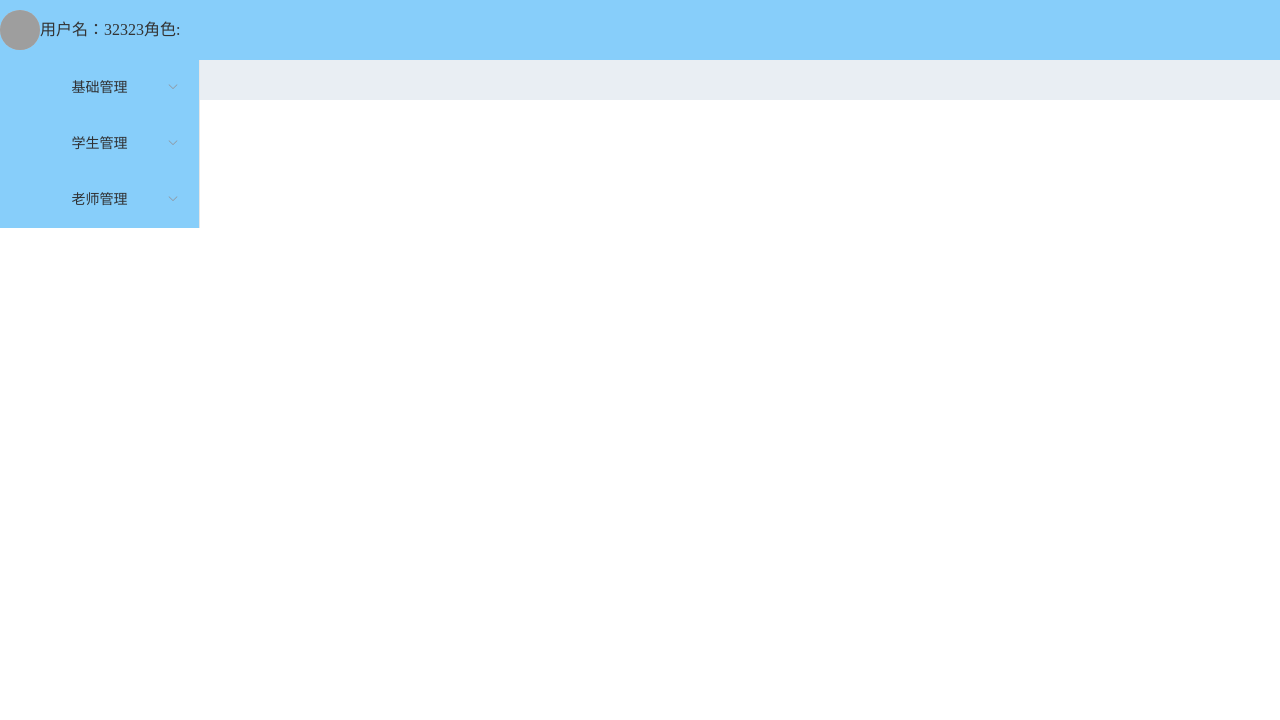
Repository: lwm9704/school-front
Page: /#/home
An editor plug-in stored every save of this project. The page is shown before and after the next save, followed by the edit.
The browser window is 1280 px wide. The pictures show the whole page.
Pictures or frames that could not be fetched are drawn as grey boxes. The project was rebuilt for these pictures with package versions that can differ from the ones it lists, and the page was loaded fresh each time. Also part of the build but not shown: src/view/login.vue.

Above is the page before, as saved 2021-11-15 16:44:05.

### src/main.js
// The Vue build version to load with the `import` command
// (runtime-only or standalone) has been set in webpack.base.conf with an alias.
import Vue from 'vue'
import App from './App'
import router from './router'
import ElementUI from 'element-ui'
import 'element-ui/lib/theme-chalk/index.css'
import Vuex from 'vuex'
import './assets/css/global.css'

Vue.config.productionTip = false
Vue.use(ElementUI)
Vue.use(Vuex)

/* eslint-disable no-new */
new Vue({
  el: '#app',
  router,
  components: { App },
  template: '<App/>'
})

### src/router/index.js

import Vue from 'vue'
import Router from 'vue-router'
import Login from '@/view/login'
import Home from '../view/home'


Vue.use(Router)

export default new Router({
  routes: [
    {
      path: '/',
      redirect: '/login',
    },
    {
      path: '/login',
      name: 'login',
      component: Login
    },
    {
      path: '/home',
      name: 'home',
      component: Home,
      children: [
        {
          path: '/user',
          name: 'user',
          component: () => import('@/view/user')
        },
        {
          path: '/code',
          name: 'code',
          component: () => import('@/view/code')
        },
        {
          path: '/course',
          name: 'course',
          component: () => import('@/view/course')
        },
        {
          path: '/grade',
          name: 'grade',
          component: () => import('@/view/grade')
        },
        {
          path: '/lecture',
          name: 'lecture',
          component: () => import('@/view/lecture')
        },
        {
          path: '/member',
          name: 'member',
          component: () => import('@/view/member')
        },
        {
          path: '/score',
          name: 'score',
          component: () => import('@/view/score')
        },
        {
          path: '/teaching',
          name: 'teaching',
          component: () => import('@/view/teaching')
        }
      ]
    },

  ]
})

### src/assets/css/global.css
html,body,#app,.el-container{
  /*设置内部填充为0，几个布局元素之间没有间距*/
  padding: 0px;
  /*外部间距也是如此设置*/
  margin: 0px;
  /*统一设置高度为100%*/
  height: 100%;
  }

### src/view/home.vue
<template>
  <div class="home">
    <el-container class="top">
      <el-header>
        <div class="header">
          <myHeader></myHeader>
        </div>
      </el-header>
      <el-container class="main">
        <el-aside width="200px" class="Aside">
          <leftMenu></leftMenu>
        </el-aside>
        <el-container>
          <el-main>
            <router-view></router-view>
          </el-main>
        </el-container>
      </el-container>
    </el-container>
  </div>
</template>
<script>
import req from "../js/home";
import leftMenu from "../components/leftMenu";
import myHeader from "../components/myHeader";
export default {
  components: {
    leftMenu,
    myHeader,
  },

  methods: {
    // handlerSelect(key, path) {
    //   console.log(key, path);
    //   // console.log(this.$route.path)
    //   if (path !== this.$route.path) {
    //     this.$router.replace({ path: path});
    //     // this.$router.push({path: key, query: {}})
    //   }
    //   // this.$router.push({name: key, params: {}})
    //   console.log(key);
    //   console.log(path);
    // },
    //侧边栏的方法
    handleOpen(key, keyPath) {
      console.log(key, keyPath);
    },
    handleClose(key, keyPath) {
      console.log(key, keyPath);
    },
  },
  mounted() {},
};
</script>
<style lang="scss" scoped>
.el-header {
  background-color: #87cefa;
  color: #333;
  text-align: center;
  line-height: 60px;
  padding: 0;
}

.el-aside {
  background-color: #87cefa;
  color: #333;
  text-align: center;
  line-height: 200px;
}

.el-main {
  background-color: #e9eef3;
  color: #333;
  text-align: center;
  line-height: 160px;
}

body > .el-container {
  margin-bottom: 40px;
}
</style>

### src/js/home.js
import req from "../fect/rquestConfig";

const config = {
    getUserInfo: {
        url: '/user/selectOfCondition',
        method: 'get'
    },
}
const request = function (funcName, requestParam) {
    return req(config[funcName].url, config[funcName].method, requestParam, {}, config[funcName].fileConfig)
}
export default request

### src/components/leftMenu.vue
<template>
  <div>
    <el-menu
      class="el-menu-vertical-demo"
      :default-active="this.$router.path"
      router
      background-color="#87CEFA"
      @open="handleOpen"
      @close="handleClose"
    >
      <el-submenu
        v-for="(item, index) in menuList"
        :index="index + ''"
        :key="item.labe"
      >
        <template slot="title">{{ item.labe }}</template>
        <div v-if="item.children">
          <el-menu-item
            v-for="items in item.children"
            :index="items.path"
            :key="items.path"
          >
            <template slot="title">
              {{ items.labe }}
            </template>
          </el-menu-item>
        </div>
      </el-submenu>
    </el-menu>
  </div>
</template>

<script>
// import router from 'vue-router'
export default {
  name: "leftMenu",
  props: [],
  data() {
    return {
      menuList: [
        {
          index: "1",
          labe: "基础管理",
          children: [
            {
              index: "1 - 1",
              labe: "编码管理",
              path: "/code",
            },
            {
              index: "1 - 2",
              labe: "用户管理",
              path: "/user",
            },
            {
              index: "1 - 3",
              labe: "班级管理",
              path: "/grade",
            },
            {
              index: "1 - 4",
              labe: "课程管理",
              path: "/course",
            },
          ],
        },
        {
          index: "2",
          labe: "学生管理",
          children: [
            {
              index: "2 - 1",
              labe: "学生家庭成员管理",
              path: "/member",
            },
            {
              index: "2 - 2",
              labe: "考试成绩管理",
              path: "/score",
            },
          ],
        },
        {
          index: "3",
          labe: "老师管理",
          children: [
            {
              index: "3 - 1",
              labe: "教学管理",
              path: "/teaching",
            },
            {
              index: "3 - 2",
              labe: "授课管理",
              path: "/lecture",
            },
          ],
        },
      ],
    };
  },
  methods: {
    // handlerSelect(key, path) {
    // console.log(key,path)
    // if (path !== this.$route.path) {
    //   this.$router.replace({path:'path'});
    //   // this.$router.push({path: key, query: {}})
    // }
    // // this.$router.push({name: key, params: {}})
    // console.log(key);
    // console.log(path);
    // this.$emit('select', key,path);
    // },
    handleOpen(key, keyPath) {
      console.log(key, keyPath);
    },
    handleClose(key, keyPath) {
      console.log(key, keyPath);
    },
  },
};
</script>

<!-- Add "scoped" attribute to limit CSS to this component only -->
<style scoped>
</style>

### src/components/myHeader.vue
<template>
  <div class="myHeader">
    <div class="userInfo">
      <div class="avatar">
        <el-avatar
          src="https://cube.elemecdn.com/0/88/03b0d39583f48206768a7534e55bcpng.png"
        ></el-avatar>
      </div>
      <div class="charInfo">
        <span>用户名：{{userInfo.account}}</span>
        <span>角色:{{userInfo.role}}</span>
      </div>
    </div>
  </div>
</template>
<script>
export default {
  name: "myHeader",
  props: [],
  data() {
    return {
      userInfo: {
        userId: "3232",
        account: "32323",
        role: "",
      },
    };
  },
  methods: {
    getUserInfo() {},
  },
  mounted() {
    this.getUserInfo();
  },
};
</script>
<style lang="scss" scoped>
.myHeader{
  background-color:#87CEFA;
  height: 60px;
}
.userInfo {
    display: flex;
    flex-direction: row;
    height: 60px;
    .avatar{
      padding-top: 10px;
    }
}
</style>

### src/fect/rquestConfig.js
import axios from 'axios'
import { throwErr } from './throwErr'

// const urlHead = 'http://305o99f251.wicp.vip'
const urlHead = 'http://localhost:9000'
const qs = require('qs')

/**
 *
 * @param {String} url 请求路径
 * @param {String} method 请求方法
 * @param {Object} params 请求参数
 * @param {Object} requestHeader 请求头
 * @param {Object} fileConfig ---> {type, fileName} 导出配置 ---> 导出类型, 文件名称
 */
const req = function (url, method, params, requestHeader, fileConfig = {}) {
    let instance = axios.create({
        baseURL: urlHead,
        timeout: 60000
    })

    // 添加请求拦截器
    instance.interceptors.request.use(config => {
        return config
    }, error => {
        return Promise.reject(error)
    })

    let requestConfig = {
        url: url,
        method: method,
        //将header、params、token复制到目标
        params: Object.assign({}, params, { access_token: JSON.parse(sessionStorage.getItem('userInfo')).access_token }),
        data: qs.stringify(Object.assign({}, params, { access_token: JSON.parse(sessionStorage.getItem('userInfo')).access_token })),
        headers: {},
        responseType: fileConfig.type === 'file' ? 'blob' : ''
    }

    let getReg = /get|GET/
    let postReg = /post|POST/

    let fileData = {}

    let timer = null

    // 请求类型为导出时，添加vuex状态管理，定时修改vuex对应记录，请求完成或者请求报错时，停止定时器
    if (fileConfig.type === 'file') {
        fileData = {
            fileId: new Date().getTime(),
            fileName: fileConfig.fileName,
            fileLoadTime: 0,
            fileStatus: 'downloading',
            errorInfo: '',
            fileUrl: null
        }

    }

    if (getReg.test(requestConfig.method)) {
        delete requestConfig.data
        requestConfig.headers['Content-Type'] = 'application/json'
    } else if (postReg.test(requestConfig.method)) {
        delete requestConfig.params
        requestConfig.headers['Content-Type'] = 'application/x-www-form-urlencoded'
    }

    // 添加响应拦截器
    instance.interceptors.response.use(response => {
        clearInterval(timer)
        timer = null

        if (response.status === 200) {
            if (fileConfig.type === 'file') {
                fileData.fileStatus = 'success'
                fileData.fileUrl = window.URL.createObjectURL(new Blob([response.data]))
                // store.commit('changeExportFileList', fileData)
            }

            return response.data
        } else {
            if (fileConfig.type === 'file') {
                fileData.fileStatus = 'error'
                // store.commit('changeExportFileList', fileData)
            }

            throw new Error(throwErr(response))
        }
    }, error => {
        clearInterval(timer)
        timer = null

        if (fileConfig.type === 'file') {
            fileData.fileStatus = 'error'
            // store.commit('changeExportFileList', fileData)
        }

        return Promise.reject(error)
    })

    return instance(requestConfig)
}

export default req

### src/fect/throwErr.js
// axios错误信息匹配
export const throwErr = (response) => {
    let message = '请求错误'
    switch (response.status) {
        case 400:
            message = '请求错误'
            break
        case 401:
            message = '未授权，请登录'
            break
        case 403:
            message = '拒绝访问'
            break
        case 404:
            message = `请求地址出错: ${response.config.url}`
            break
        case 408:
            message = '请求超时'
            break
        case 500:
            message = '服务器内部错误'
            break
        case 501:
            message = '服务未实现'
            break
        case 502:
            message = '网关错误'
            break
        case 503:
            message = '服务不可用'
            break
        case 504:
            message = '网关超时'
            break
        case 505:
            message = 'HTTP版本不受支持'
            break
        default:
    }
    return '错误码:' + response.status + ' ' + '错误信息:' + message
}

Loaded but not shown: index.html (common file); src/App.vue (common file)

After the next save:
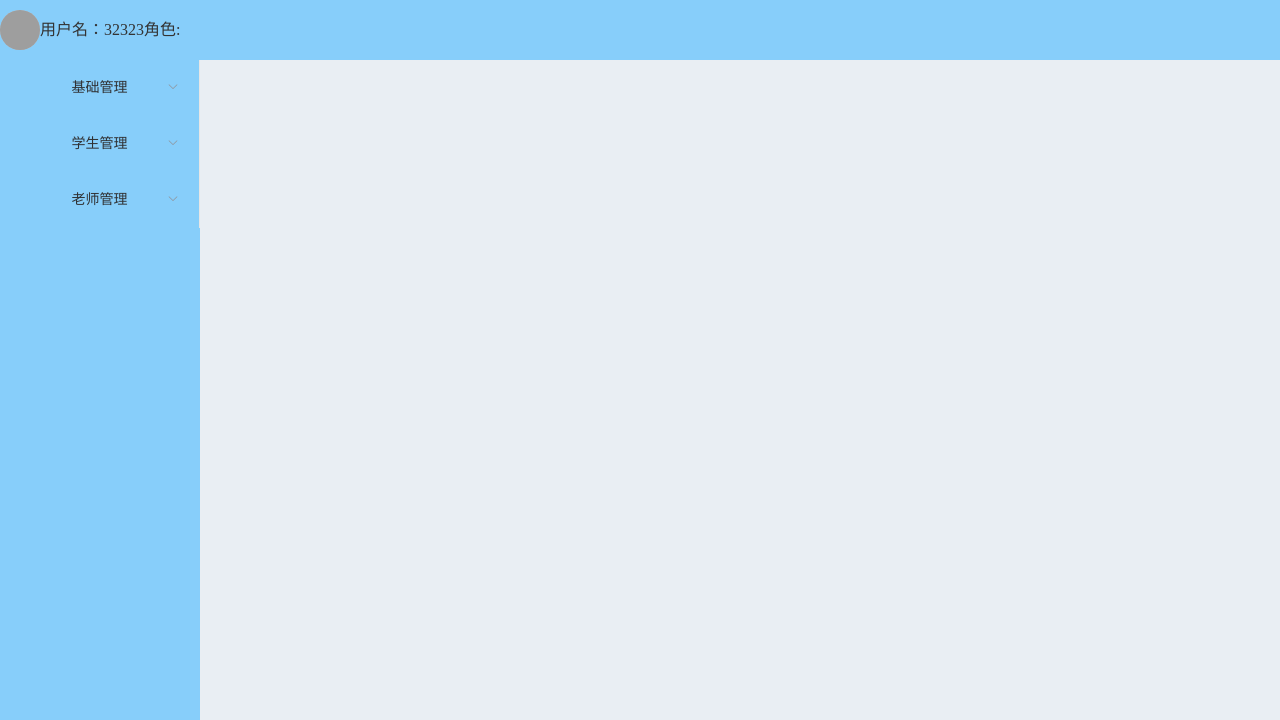
Saved 3 min 22 s later.
--- a/src/view/home.vue
+++ b/src/view/home.vue
@@ -78,4 +78,7 @@ export default {
 body > .el-container {
   margin-bottom: 40px;
 }
+.home{
+  height: 100%;
+}
 </style>
